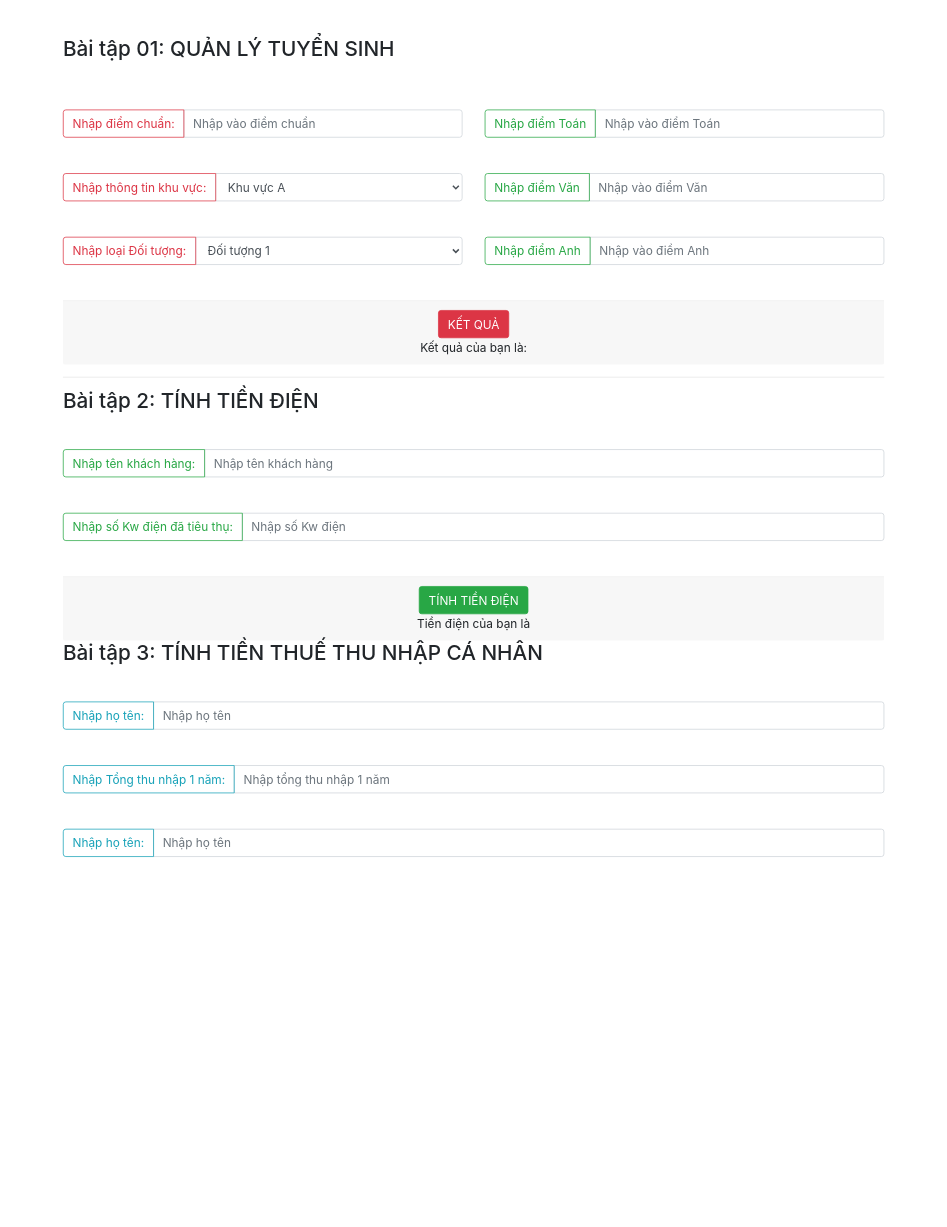
Repository: ducdatit2002/javascript-tinh-day15
Page: index.html
The author's editor kept a copy of each file at every save. The page is drawn from the files as they stood at one save, then again after a run of saves.
The browser window is 1280 px wide. The pictures show the whole page, at 74% of full size.

Above is the page before, as saved 2023-08-20 20:13:48.

### index.html
<!DOCTYPE html>
<html lang="en">
  <head>
    <title>HOMEWORK BUỔI 15 - JAVASCRIPT</title>
    <!-- Required meta tags -->
    <meta charset="utf-8" />
    <meta
      name="viewport"
      content="width=device-width, initial-scale=1, shrink-to-fit=no"
    />

    <!-- Bootstrap CSS -->
    <link
      rel="stylesheet"
      href="https://stackpath.bootstrapcdn.com/bootstrap/4.3.1/css/bootstrap.min.css"
      integrity="sha384-ggOyR0iXCbMQv3Xipma34MD+dH/1fQ784/j6cY/iJTQUOhcWr7x9JvoRxT2MZw1T"
      crossorigin="anonymous"
    />
  </head>
  <body>
    <div class="container" style="margin-bottom: 500px; margin-top: 50px">
      <div class="baiTap1">
        <h3>Bài tập 01: QUẢN LÝ TUYỂN SINH</h3>
        <div class="row mt-3">
          <div class="col-6">
            <div class="input-group mt-5">
              <div class="input-group-prepend">
                <button class="btn btn-outline-danger">Nhập điểm chuẩn:</button>
              </div>
              <input
                type="text"
                class="form-control"
                id="diemChuan"
                placeholder="Nhập vào điểm chuẩn"
              />
            </div>
            <div class="input-group mt-5">
              <div class="input-group-prepend">
                <button class="btn btn-outline-danger">
                  Nhập thông tin khu vực:
                </button>
              </div>
              <select id="khuVuc" class="form-control">
                <option value="A">Khu vực A</option>
                <option value="B">Khu vực B</option>
                <option value="C">Khu vực C</option>
              </select>
            </div>
            <div class="input-group mt-5">
              <div class="input-group-prepend">
                <button class="btn btn-outline-danger">
                  Nhập loại Đối tượng:
                </button>
              </div>
              <select id="doiTuong" class="form-control">
                <option value="1">Đối tượng 1</option>
                <option value="2">Đối tượng 2</option>
                <option value="3">Đối tượng 3</option>
              </select>
            </div>
          </div>
          <div class="col-6">
            <div class="input-group mt-5">
              <div class="input-group-prepend">
                <button class="btn btn-outline-success">Nhập điểm Toán</button>
              </div>
              <input
                type="text"
                class="form-control"
                id="diemToan"
                placeholder="Nhập vào điểm Toán"
              />
            </div>
            <div class="input-group mt-5">
              <div class="input-group-prepend">
                <button class="btn btn-outline-success">Nhập điểm Văn</button>
              </div>
              <input
                type="text"
                class="form-control"
                id="diemVan"
                placeholder="Nhập vào điểm Văn"
              />
            </div>
            <div class="input-group mt-5">
              <div class="input-group-prepend">
                <button class="btn btn-outline-success">Nhập điểm Anh</button>
              </div>
              <input
                type="text"
                class="form-control"
                id="diemAnh"
                placeholder="Nhập vào điểm Anh"
              />
            </div>
          </div>
        </div>
        <div class="card-footer text-center mt-5">
          <button id="btnKetQua" class="btn btn-danger">KẾT QUẢ</button>
          <br />
          <span id="ketQua" class="mt-2 display-5">Kết quả của bạn là: </span>
        </div>
      </div>
      <hr />
      <div class="baiTap2">
        <h3>Bài tập 2: TÍNH TIỀN ĐIỆN</h3>
        <div class="input-group mt-5">
          <div class="input-group-prepend">
            <button class="btn btn-outline-success">
              Nhập tên khách hàng:
            </button>
          </div>
          <input
            type="text"
            class="form-control"
            id="tenKhachHang"
            placeholder="Nhập tên khách hàng"/>
        </div>
        <div class="input-group mt-5">
          <div class="input-group-prepend">
            <button class="btn btn-outline-success">
              Nhập số Kw điện đã tiêu thụ:
            </button>
          </div>
          <input
            type="text"
            class="form-control"
            id="SoKwTieuThu"
            placeholder="Nhập số Kw điện"/>
        </div>
        <div class="card-footer text-center mt-5">
          <button id="btnTinhTienDien" class="btn btn-success">TÍNH TIỀN ĐIỆN</button>
          <br />
          <span id="TienDien" class="mt-2 display-5">Tiền điện của bạn là </span>
        </div>
      </div>
      <div class="baiTap3">
        <h3>Bài tập 3: TÍNH TIỀN THUẾ THU NHẬP CÁ NHÂN</h3>
        <div class="input-group mt-5">
          <div class="input-group-prepend">
            <button class="btn btn-outline-info">
              Nhập họ tên:
            </button>
          </div>
          <input
            type="text"
            class="form-control"
            id="hoTen"
            placeholder="Nhập họ tên"/>
        </div>
        <div class="input-group mt-5">
          <div class="input-group-prepend">
            <button class="btn btn-outline-info">
              Nhập Tổng thu nhập 1 năm:
            </button>
          </div>
          <input
            type="text"
            class="form-control"
            id="tongThuNhapNam"
            placeholder="Nhập tổng thu nhập 1 năm"/>
        </div>
        <div class="input-group mt-5">
          <div class="input-group-prepend">
            <button class="btn btn-outline-info">
              Nhập họ tên:
            </button>
          </div>
          <input
            type="text"
            class="form-control"
            id="hoTen"
            placeholder="Nhập họ tên"/>
        </div>
      </div>
    </div>
    <!-- Optional JavaScript -->
    <!-- jQuery first, then Popper.js, then Bootstrap JS -->
    <script
      src="https://code.jquery.com/jquery-3.3.1.slim.min.js"
      integrity="sha384-q8i/X+965DzO0rT7abK41JStQIAqVgRVzpbzo5smXKp4YfRvH+8abtTE1Pi6jizo"
      crossorigin="anonymous"
    ></script>
    <script
      src="https://cdnjs.cloudflare.com/ajax/libs/popper.js/1.14.7/umd/popper.min.js"
      integrity="sha384-UO2eT0CpHqdSJQ6hJty5KVphtPhzWj9WO1clHTMGa3JDZwrnQq4sF86dIHNDz0W1"
      crossorigin="anonymous"
    ></script>
    <script
      src="https://stackpath.bootstrapcdn.com/bootstrap/4.3.1/js/bootstrap.min.js"
      integrity="sha384-JjSmVgyd0p3pXB1rRibZUAYoIIy6OrQ6VrjIEaFf/nJGzIxFDsf4x0xIM+B07jRM"
      crossorigin="anonymous"
    ></script>
    <script src="./index.js"></script>
  </body>
</html>

### index.js
// Bài tập 1: QUẢN LÝ TUYỂN SINH
document.getElementById("btnKetQua").onclick = function () {
  // Input: điểm Toán, điểm Lý, điểm Hoá, điểm chuẩn, khu vực, đối tượng
  // Lưu ý: Dữ liệu người dùng nhập mặc định là chuỗi
  var diemChuan = parseFloat(document.getElementById("diemChuan").value);
  var diemToan = parseFloat(document.getElementById("diemToan").value);
  var diemVan = parseFloat(document.getElementById("diemVan").value);
  var diemAnh = parseFloat(document.getElementById("diemAnh").value);
  var khuVuc = document.getElementById("khuVuc").value;
  var doiTuong = parseInt(document.getElementById("doiTuong").value);

  var diemUuTien = 0;

  // Tính điểm ưu tiên khu vực
  switch (khuVuc) {
    case "A":
      diemUuTien += 2;
      break;
    case "B":
      diemUuTien += 1;
      break;
    case "C":
      diemUuTien += 0.5;
      break;
  }

  // Tính điểm ưu tiên đối tượng
  switch (doiTuong) {
    case 1:
      diemUuTien += 2.5;
      break;
    case 2:
      diemUuTien += 1.5;
      break;
    case 3:
      diemUuTien += 1;
      break;
  }

  // Tính điểm tổng kết
  var diemTongKet = diemToan + diemVan + diemAnh + diemUuTien;

  var ketQuaText = "";
  if (
    diemTongKet >= diemChuan &&
    diemToan !== 0 &&
    diemVan !== 0 &&
    diemAnh !== 0
  ) {
    ketQuaText = "Thí sinh trúng tuyển với số điểm đạt được: " + diemTongKet;
  } else {
    ketQuaText =
      "Thí sinh không trúng tuyển với số điểm đạt được: " + diemTongKet;
  }

  document.getElementById("ketQua").innerText = ketQuaText;
};

//BÀI TẬP 2: TÍNH TIỀN ĐIỆN
document.getElementById("btnTinhTienDien").onclick = function () {
  var tenKhachHang = document.getElementById("tenKhachHang").value;
  var soKwTieuThu = parseFloat(document.getElementById("SoKwTieuThu").value);

  var giaDien = 0;
  if (soKwTieuThu <= 50) {
    giaDien = soKwTieuThu * 500;
  } else if (soKwTieuThu <= 100) {
    giaDien = 50 * 500 + (soKwTieuThu - 50) * 650;
  } else if (soKwTieuThu <= 150) {
    giaDien = 50 * 500 + 50 * 650 + (soKwTieuThu - 100) * 850;
  } else {
    giaDien = 50 * 500 + 50 * 650 + 50 * 850 + (soKwTieuThu - 150) * 1100;
  }

  var tienDienHTML = "Tiền điện của khách hàng " + tenKhachHang + " là: " + giaDien + " đồng.";

  document.getElementById("TienDien").textContent = tienDienHTML;
};

After the next 2 saves:
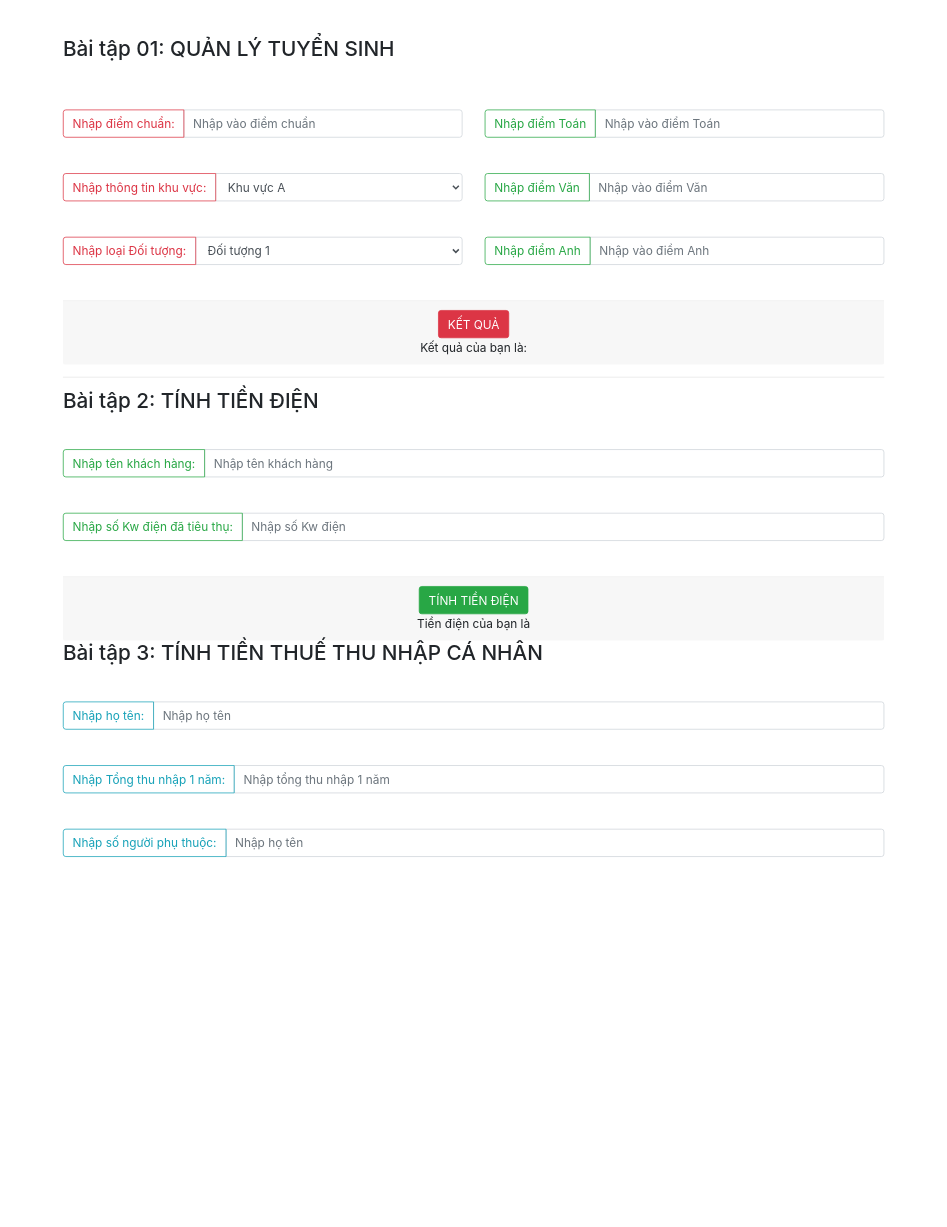
The 2 saves are shown as one change because they came seconds apart.
The last was saved 11 s later.
--- a/index.html
+++ b/index.html
@@ -163,11 +163,11 @@
         <div class="input-group mt-5">
           <div class="input-group-prepend">
             <button class="btn btn-outline-info">
-              Nhập họ tên:
+              Nhập số người phụ thuộc:
             </button>
           </div>
           <input
-            type="text"
+            type="number"
             class="form-control"
             id="hoTen"
             placeholder="Nhập họ tên"/>
